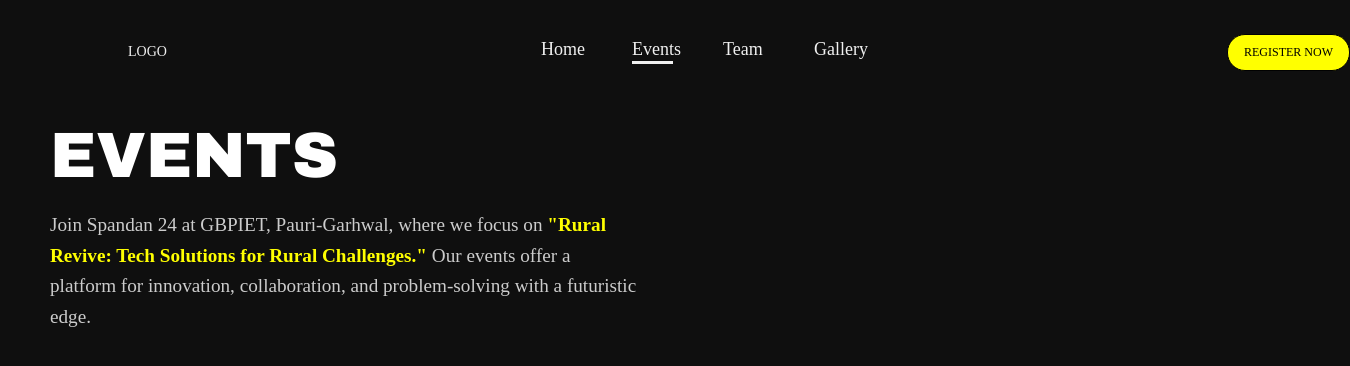
Repository: s4bbi/spandan-3.0
Page: /
These files come from the project's save history. The page is drawn as it stood at one moment and after the next save; the edit follows.
The browser window is 1280 px wide. The page is 1350 px wide, so the pictures cover 1350 px, including what lies to the right of the window. The pictures show the whole page.
The project was rebuilt for these pictures with package versions that can differ from the ones it lists, and the page was loaded fresh each time. Also part of the build but not shown: vite.config.js, src/pages/Events/Events.jsx.

Above is the page before, as saved 2024-11-02 02:20:22.

After the next save:
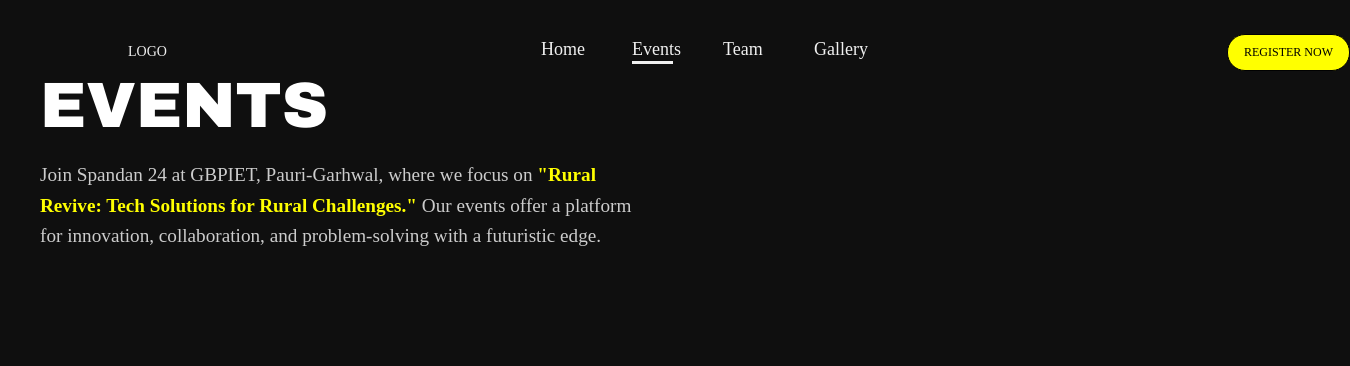
Saved 86 s later.
--- a/src/components/HeroSection/HeroSection.css
+++ b/src/components/HeroSection/HeroSection.css
@@ -2,7 +2,7 @@
     display: flex;
     align-items: center;
     justify-content: space-between;
-    padding: 50px;
+    /* padding: 50px; */
     max-width: 1200px;
     margin: 0 auto;
   }

After the 2 saves that followed:
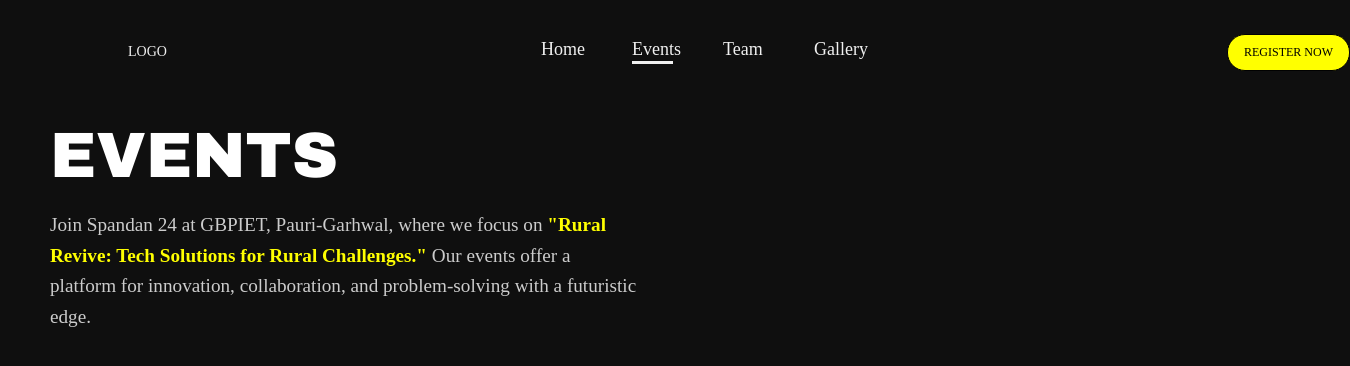
The 2 saves are shown as one change because they came seconds apart.
The last was saved 11 s later.
--- a/src/components/HeroSection/HeroSection.css
+++ b/src/components/HeroSection/HeroSection.css
@@ -2,7 +2,7 @@
     display: flex;
     align-items: center;
     justify-content: space-between;
-    /* padding: 50px; */
+     padding: 50px;
     max-width: 1200px;
     margin: 0 auto;
   }
